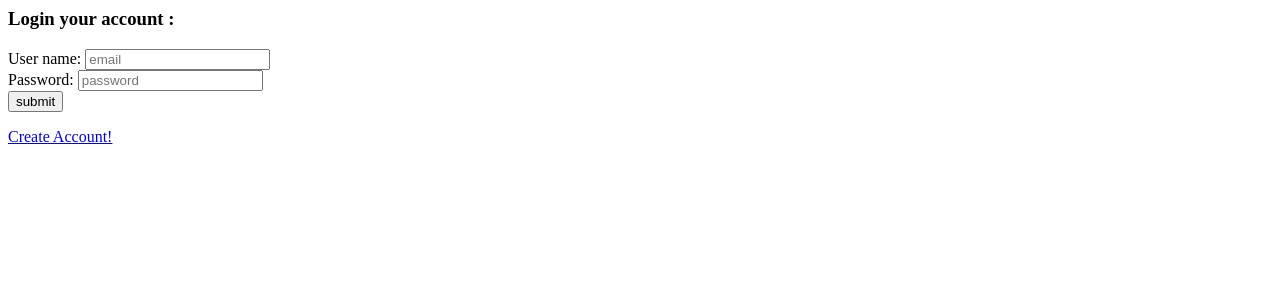
Repository: ApoorvaMishra4/Bootcamp
Page: http://localhost/SpringLogin/
An editor plug-in stored every save of this project. The page is shown before and after the next save, followed by the edit.
The browser window is 1280 px wide. The pictures show the whole page.
The page is served by Tomcat 9. Other server files are loaded and not shown.

Above is the page before, as saved 2018-08-17 06:07:28.

### SpringLogin/src/main/webapp/index.jsp
<html>
<head>
</head>
<body>
	<form method="post" action="login">
		<h3>Login your account :</h3>
		<label for="email">User name:</label> <input type="text" name="email"
			placeholder="email"> <br> <label for="password">Password:</label>
		<input type="password" name="password" placeholder="password">
		<br> <input type="submit" value="submit">
	</form>
	<a href="Registration.jsp">Create Account!</a>
</body>
</html>

After the next save:
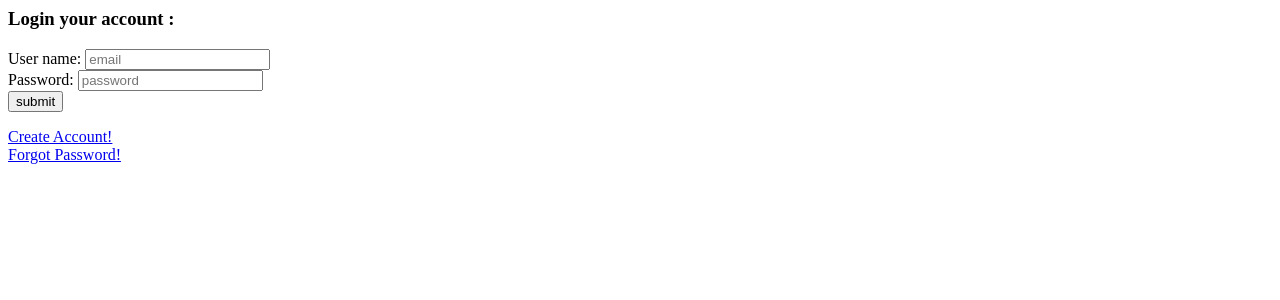
Saved 2 min 35 s later.
--- a/SpringLogin/src/main/webapp/index.jsp
+++ b/SpringLogin/src/main/webapp/index.jsp
@@ -9,6 +9,7 @@
 		<input type="password" name="password" placeholder="password">
 		<br> <input type="submit" value="submit">
 	</form>
-	<a href="Registration.jsp">Create Account!</a>
+	<a href="registration">Create Account!</a><br>
+	<a href="forgot">Forgot Password!</a>
 </body>
 </html>
